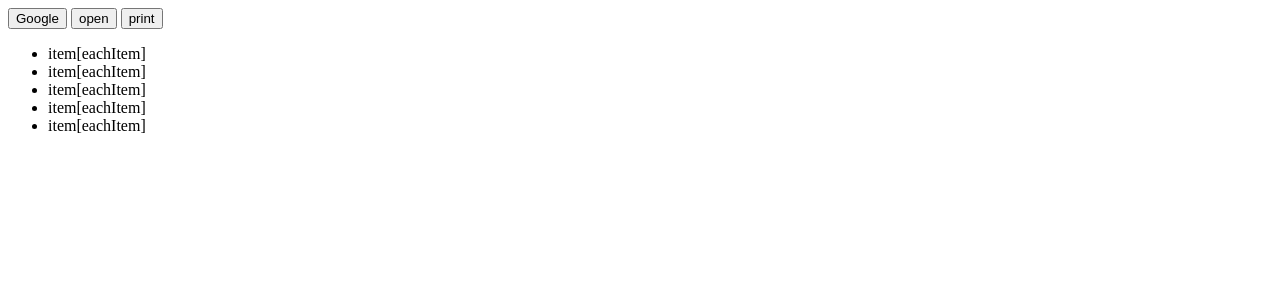
Repository: Balamurugan1914/crud_operation_without_db
Page: Java_Script_Example/src/main/webapp/usingobject.html
These files come from the project's save history. The page is drawn as it stood at one moment and after the next save; the edit follows.
The browser window is 1280 px wide. The pictures show the whole page.

Above is the page before, as saved 2022-06-28 09:57:40.
Console error (its wording comes from the project's code and is left out).

After the next save:
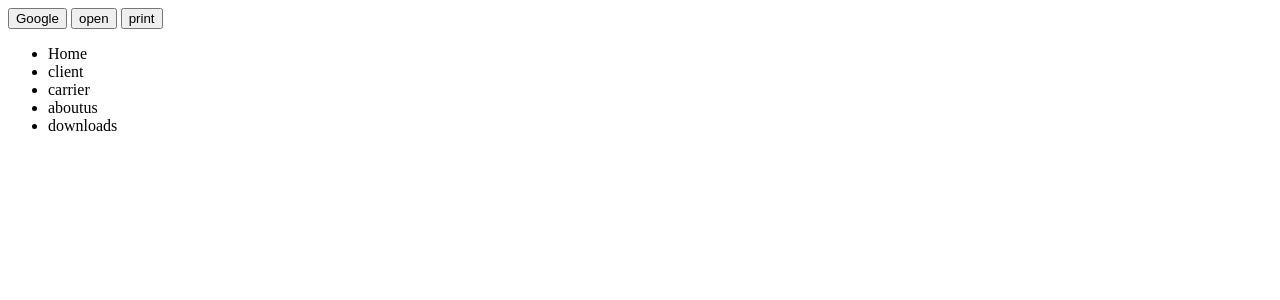
Saved 34 s later.
--- a/Java_Script_Example/src/main/webapp/Script/js_object.js
+++ b/Java_Script_Example/src/main/webapp/Script/js_object.js
@@ -77,7 +77,7 @@ function writeToFile(item){
 
 	for(eachItem in item){
 
-		document.write("<li>item[eachItem]</li>");
+		document.write("<li>"+item[eachItem]+"</li>");
 
 	}
 
